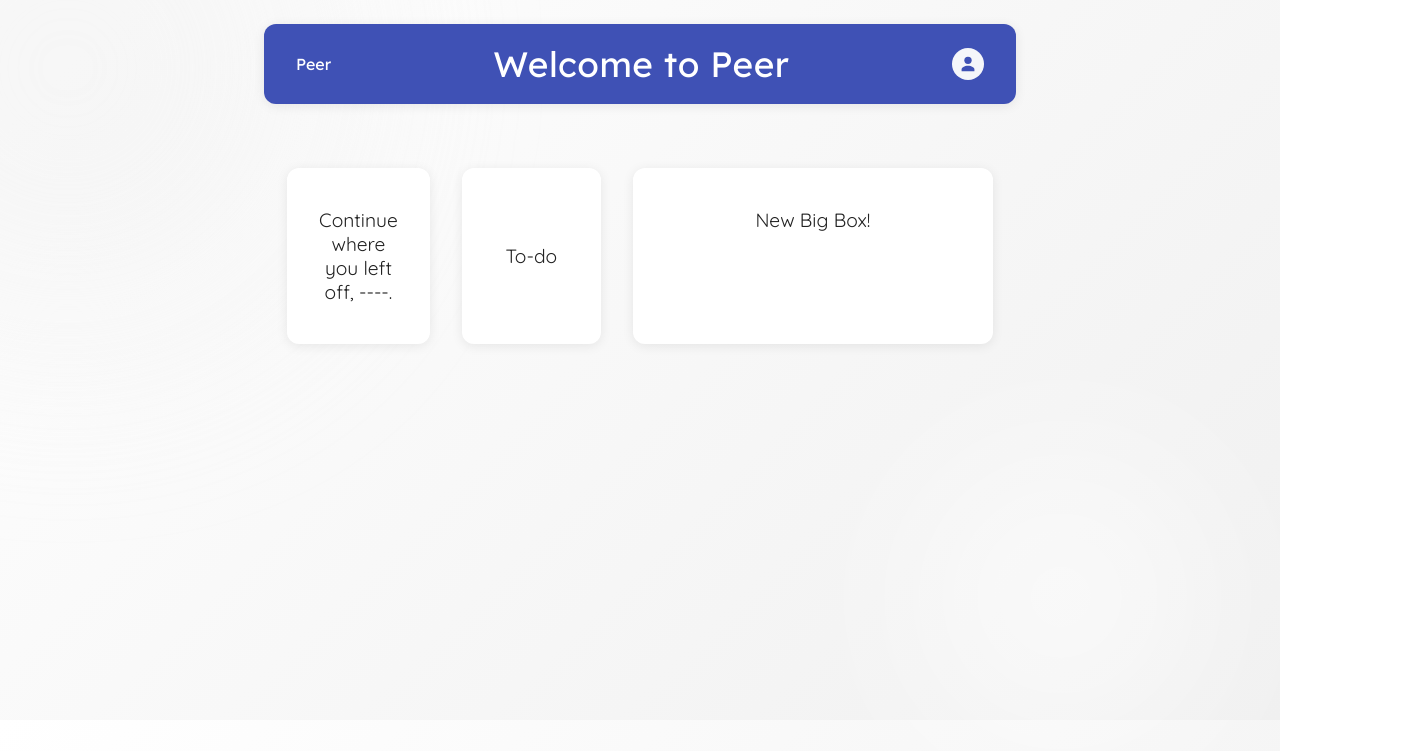
Repository: saifg123/Peer
Page: home.html
These files come from the project's save history. The page is drawn as it stood at one moment and after the next save; the edit follows.
The browser window is 1280 px wide. The page is 1280 px wide, then 1408 px, so the pictures cover 1408 px, including what lies to the right of the window. The pictures show the whole page.

Above is the page before, as saved 2025-05-24 21:08:37.

### home.html
<!DOCTYPE html>
<html lang="en">
<head>
  <meta charset="UTF-8" />
  <title>Peer – Home</title>
  <link
    href="https://fonts.googleapis.com/css2?family=Lexend:wght@100..900&family=Quicksand:wght@300..700&family=Rubik:ital,wght@0,300..900;1,300..900&display=swap"
    rel="stylesheet"
  />

  <style>
    /* ================================
       GLOBAL RESET & BODY SETUP
       ================================ */
    * { box-sizing: border-box; margin: 0; padding: 0; }
    html, body {
      height: 100%;
      font-family: 'Quicksand', sans-serif;
    }
    body {
      position: relative;
      background: linear-gradient(135deg, #b3b3f5 0%, #ffe3e3 100%);
      transition: background 2s ease;
    }
    /* Animated blobs */
    body::before, body::after {
      content: "";
      position: absolute;
      border-radius: 50%;
      opacity: 0.5;
      animation: float 10s ease-in-out infinite alternate;
      transition: background 2s ease, filter 2s ease, opacity 2s ease;
    }
    body::before {
      width: 500px; height: 500px;
      background: #fff;
      top: -200px; left: -200px;
      filter: blur(150px);
      animation-duration: 12s;
    }
    body::after {
      width: 300px; height: 300px;
      background: #3f51b5;
      top: 60%; left: 70%;
      filter: blur(100px);
      animation-duration: 8s;
      animation-delay: 2s;
    }
    @keyframes float {
      to { transform: translate3d(50px,50px,0) scale(1.1); opacity: 0.7; }
    }

    /* Subtle stripe overlay */
    .stripe-overlay {
      pointer-events: none;
      position: absolute;
      inset: 0;
      background-image: repeating-linear-gradient(
        45deg,
        rgba(255,255,255,0.05) 0px,
        rgba(255,255,255,0.05) 2px,
        transparent 2px,
        transparent 4px
      );
      z-index: 1;
    }

    /* ================================
       LAYOUT
       ================================ */
    .container {
      position: relative;
      max-width: 800px;
      margin: 0 auto;
      padding: 24px;
      height: 100%;
      display: flex;
      flex-direction: column;
      align-items: center;
      justify-content: start;
      gap: 32px;
      z-index: 2; /* above blobs */
    }
    .header {
      width: 100%;
      display: flex;
      align-items: center;
      justify-content: space-between;
      background: #3f51b5;
      padding: 18px 32px;
      border-radius: 12px;
      box-shadow: 0 2px 12px rgba(0,0,0,0.08);
    }
    .header-title {
      font-family: 'Lexend', sans-serif;
      display: flex;
      align-items: center;
      gap: 162px;
      color: #fff;
    }
    .header-home {
      font-size: 2.2rem;
      font-weight: 400;
      letter-spacing: 0.5px;
    }
    .guest-icon {
      width: 32px; height: 32px;
      background: #f5f6fa;
      border-radius: 50%;
      display: flex;
      align-items: center;
      justify-content: center;
    }
    .guest-icon svg {
      width: 22px; height: 22px;
      fill: #3f51b5;
    }

    /* ================================
       BOXES
       ================================ */
    .boxes {
      display: flex;
      gap: 32px;
      justify-content: center;    /* center on load */
      margin-top: 32px;
      position: relative;
    }
    .box {
      background: #fff;
      border-radius: 12px;
      box-shadow: 0 2px 12px rgba(0,0,0,0.08);
      padding: 40px 32px;
      width: 100%;
      max-width: 360px;
      text-align: center;
      font-size: 1.2rem;
      color: #222;
      cursor: default;
      transition: background 0.3s ease;
    }
    .box:hover { background: #b3b3f5; }
    .continue-box { cursor: pointer; }
    .to-do-box { display: flex; align-items: center; justify-content: center; }

    /* NEW BOX: collapsed + invisible */
    .new-box {
      flex: 0 0 0;
      opacity: 0;
      overflow: hidden;
      /* smoother, earlier pop-out */
      transition:
        flex 1s ease 0.7s,
        opacity 0.5s ease 0.7s;
    }

    /* ================================
       FADE-IN
       ================================ */
    @keyframes fadeIn {
      from { opacity: 0; transform: translateY(10px); }
      to   { opacity: 1; transform: translateY(0); }
    }
    .fade-in {
      opacity: 0;
      animation: fadeIn 0.5s ease forwards;
    }
    .header.fade-in       { animation-delay: 0s; }
    .continue-box.fade-in { animation-delay: 0.5s; }
    .to-do-box.fade-in    { animation-delay: 1s; }

    /* ================================
       SHIFT & POP-OUT
       ================================ */
    body.animate .continue-box,
    body.animate .to-do-box {
      transform: translateX(-392px);  /* half of (752 + 32) */
      transition: transform 0.5s ease;
    }
    body.animate .new-box {
      flex: 0 0 calc(360px * 2 + 32px);
      opacity: 1;
      /* no extra delay—baked into its own transition */
    }
  </style>

  <script>
    document.addEventListener('DOMContentLoaded', () => {
      // continue-box click
      const box = document.querySelector('.continue-box');
      if (box) box.addEventListener('click', () => window.location.href = 'app.html');

      // trigger fade-ins
      document.querySelectorAll('.fade-in').forEach(el => el.classList.add('fade-in'));

      // after last fade (1s +0.5s = 1.5s), kick off shift & pop
      setTimeout(() => document.body.classList.add('animate'), 1600);
    });

    window.addEventListener('load', () => {
      // background → white gradient
      document.body.style.background = 'linear-gradient(135deg, #fff 0%, #f0f0f0 100%)';
      // blobs re-blur & recolor
      setTimeout(() => {
        const s = document.createElement('style');
        s.textContent = `
          body::before { background: #f0f0f0 !important; filter: blur(100px) !important; }
          body::after  { background: #ffffff !important; filter: blur(80px)  !important; }
        `;
        document.head.appendChild(s);
      }, 0);
    });
  </script>
</head>

<body>
  <div class="stripe-overlay"></div>

  <div class="container">
    <div class="header fade-in">
      <div class="header-title">
        Peer <span class="header-home">Welcome to Peer</span>
      </div>
      <div class="guest-icon">
        <svg viewBox="0 0 24 24">
          <circle cx="12" cy="8" r="4"/>
          <path d="M12 14c-4 0-7 2-7 4v2h14v-2c0-2-3-4-7-4z"/>
        </svg>
      </div>
    </div>

    <div class="boxes">
      <div class="continue-box box fade-in">
        Continue where you left off, ----.
      </div>
      <div class="to-do-box box fade-in">
        To-do
      </div>
      <div class="box new-box">
        New Big Box!
      </div>
    </div>
  </div>
</body>
</html>

After the next save:
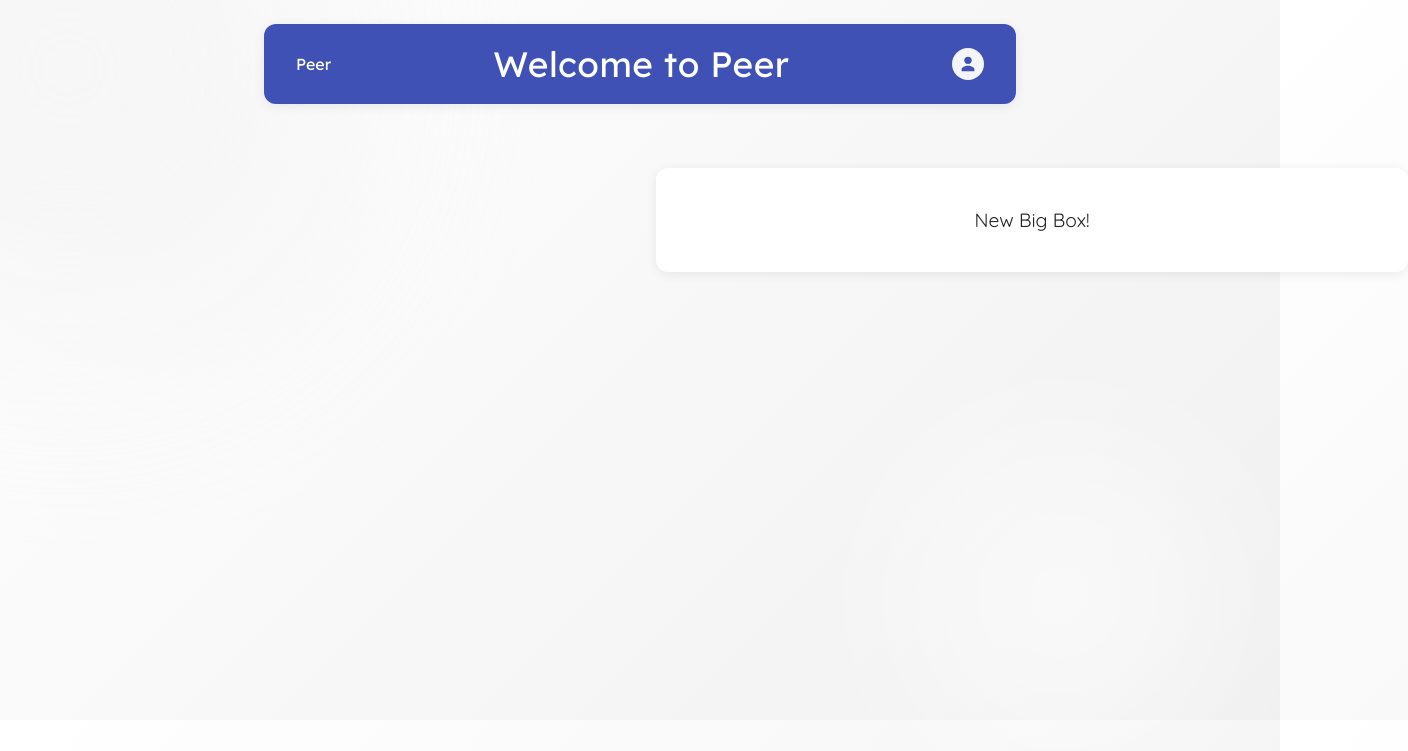
Saved 73 s later.
--- a/home.html
+++ b/home.html
@@ -69,7 +69,6 @@
        LAYOUT
        ================================ */
     .container {
-      position: relative;
       max-width: 800px;
       margin: 0 auto;
       padding: 24px;
@@ -77,9 +76,9 @@
       display: flex;
       flex-direction: column;
       align-items: center;
-      justify-content: start;
       gap: 32px;
-      z-index: 2; /* above blobs */
+      position: relative;
+      z-index: 2;
     }
     .header {
       width: 100%;
@@ -122,7 +121,7 @@
     .boxes {
       display: flex;
       gap: 32px;
-      justify-content: center;    /* center on load */
+      justify-content: center;
       margin-top: 32px;
       position: relative;
     }
@@ -131,27 +130,23 @@
       border-radius: 12px;
       box-shadow: 0 2px 12px rgba(0,0,0,0.08);
       padding: 40px 32px;
-      width: 100%;
-      max-width: 360px;
+      width: 360px;         /* fixed width */
       text-align: center;
       font-size: 1.2rem;
       color: #222;
       cursor: default;
       transition: background 0.3s ease;
+      flex: none;
     }
     .box:hover { background: #b3b3f5; }
     .continue-box { cursor: pointer; }
     .to-do-box { display: flex; align-items: center; justify-content: center; }
 
-    /* NEW BOX: collapsed + invisible */
+    /* NEW BOX: start hidden */
     .new-box {
-      flex: 0 0 0;
+      width: 0;
       opacity: 0;
       overflow: hidden;
-      /* smoother, earlier pop-out */
-      transition:
-        flex 1s ease 0.7s,
-        opacity 0.5s ease 0.7s;
     }
 
     /* ================================
@@ -172,15 +167,22 @@
     /* ================================
        SHIFT & POP-OUT
        ================================ */
+    @keyframes shiftLeft {
+      to { transform: translateX(-392px); }
+    }
+    @keyframes expandWidth {
+      from { width: 0; opacity: 0; }
+      to   { width: calc(360px * 2 + 32px); opacity: 1; }
+    }
+
     body.animate .continue-box,
     body.animate .to-do-box {
-      transform: translateX(-392px);  /* half of (752 + 32) */
-      transition: transform 0.5s ease;
+      animation: shiftLeft 0.8s cubic-bezier(.65,0,.35,1) forwards;
+      animation-delay: 0s;
     }
     body.animate .new-box {
-      flex: 0 0 calc(360px * 2 + 32px);
-      opacity: 1;
-      /* no extra delay—baked into its own transition */
+      animation: expandWidth 1s cubic-bezier(.65,0,.35,1) forwards;
+      animation-delay: 0.8s;
     }
   </style>
 
@@ -193,14 +195,14 @@
       // trigger fade-ins
       document.querySelectorAll('.fade-in').forEach(el => el.classList.add('fade-in'));
 
-      // after last fade (1s +0.5s = 1.5s), kick off shift & pop
+      // after all fades (1.5s), start shift & pop-out
       setTimeout(() => document.body.classList.add('animate'), 1600);
     });
 
     window.addEventListener('load', () => {
-      // background → white gradient
+      // transition to white gradient
       document.body.style.background = 'linear-gradient(135deg, #fff 0%, #f0f0f0 100%)';
-      // blobs re-blur & recolor
+      // recolor & re-blur blobs
       setTimeout(() => {
         const s = document.createElement('style');
         s.textContent = `
